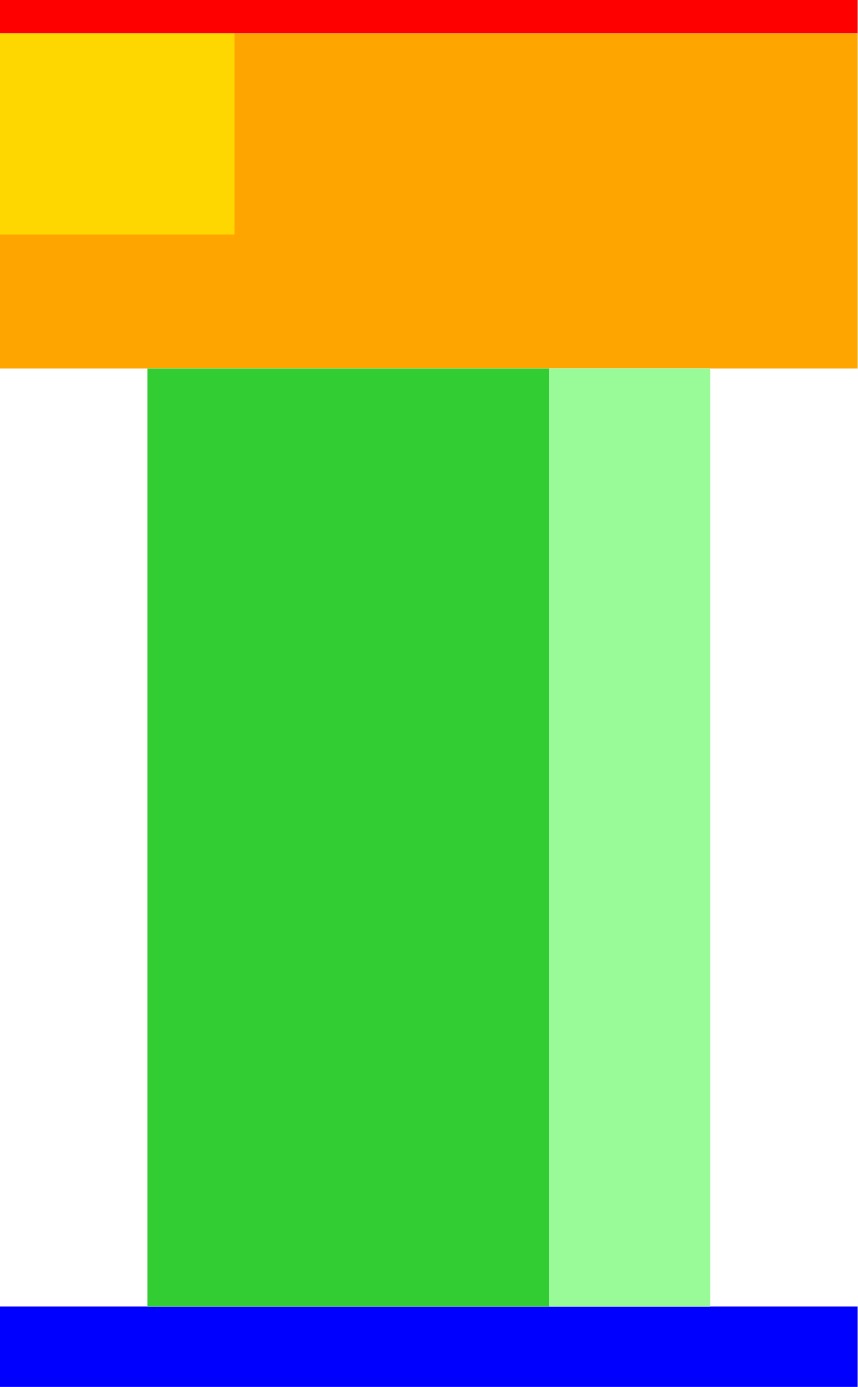
Repository: yuuyatada/API_sample_app
Page: htmlCP4/CP4index.html
The author's editor kept a record of every edit. The page is drawn from the files as they stood at one moment, then again after the next edit.
The browser window is 1280 px wide. The pictures show the whole page, at 67% of full size.

Above is the page before.

### htmlCP4/CP4index.html
<!DOCTYPE html>
<html lang="ja">
  <head>
    <meta charset="UTF-8" />
    <!-- CSSファイルの読み込み -->
    <link rel="stylesheet" href="CP4style.css" />
    <title>演習問題CP4</title>
  </head>
  <body>

  <!--header用のdiv-->
  <div class="header">

   <div class="header-top"></div>
   <div class="header-bottom"></div>

  </div>
  <!--main-visual用のdiv-->
  <div class="main-visual">

   <div class="main-visual-content"></div>

  </div>

<!--main用のdiv-->

<div class="main">

    <div class="blog"></div>

    <div class="sidebar"></div>

</div>

<!--footer用のdiv-->
<div class="footer"></div>

  </body>
</html>

### htmlCP4/CP4style.css
/* ブラウザがそれぞれ持っているCSSをリセットするための記述 */
* {
  margin: 0;
  padding: 0;
  box-sizing: border-box;
}

.header{
    width:100%;
    height:50px;
    background-color:red;
}


.main-visual{
    width:100%;
    height:500px;
    background-color:orange;
}
.main-visual-content{
    width:350px;/*横幅350px*/
    height:300px;/*親の高さに統一*/
    background-color:gold;/*背景色gold*/
}

.main{
    width: 840px;/*横幅840px*/
    display: flex;/* Flexboxの利用 */
    justify-content:center;/*子要素の横並び・中央寄せ*/
    margin: 0  auto ; /*中央寄せ（左右に余白がないとできない）*/
}

.blog{
    width: 600px;/*横幅600px*/
    height: 1400px;/*高さ1400px*/
    background-color: limegreen;/*背景色にlimegreen*/

}
.sidebar{
    width: 240px;/*横幅240px*/
    height: 1400px;/*高さ1400px*/
    background-color: palegreen;/*背景色にpalegreen*/
}
.footer{
    width:100%;/*横幅いっぱい*/
    height:120px;/*高さ120px*/
    background-color: blue;/*背景色blue*/

}

After the next edit:
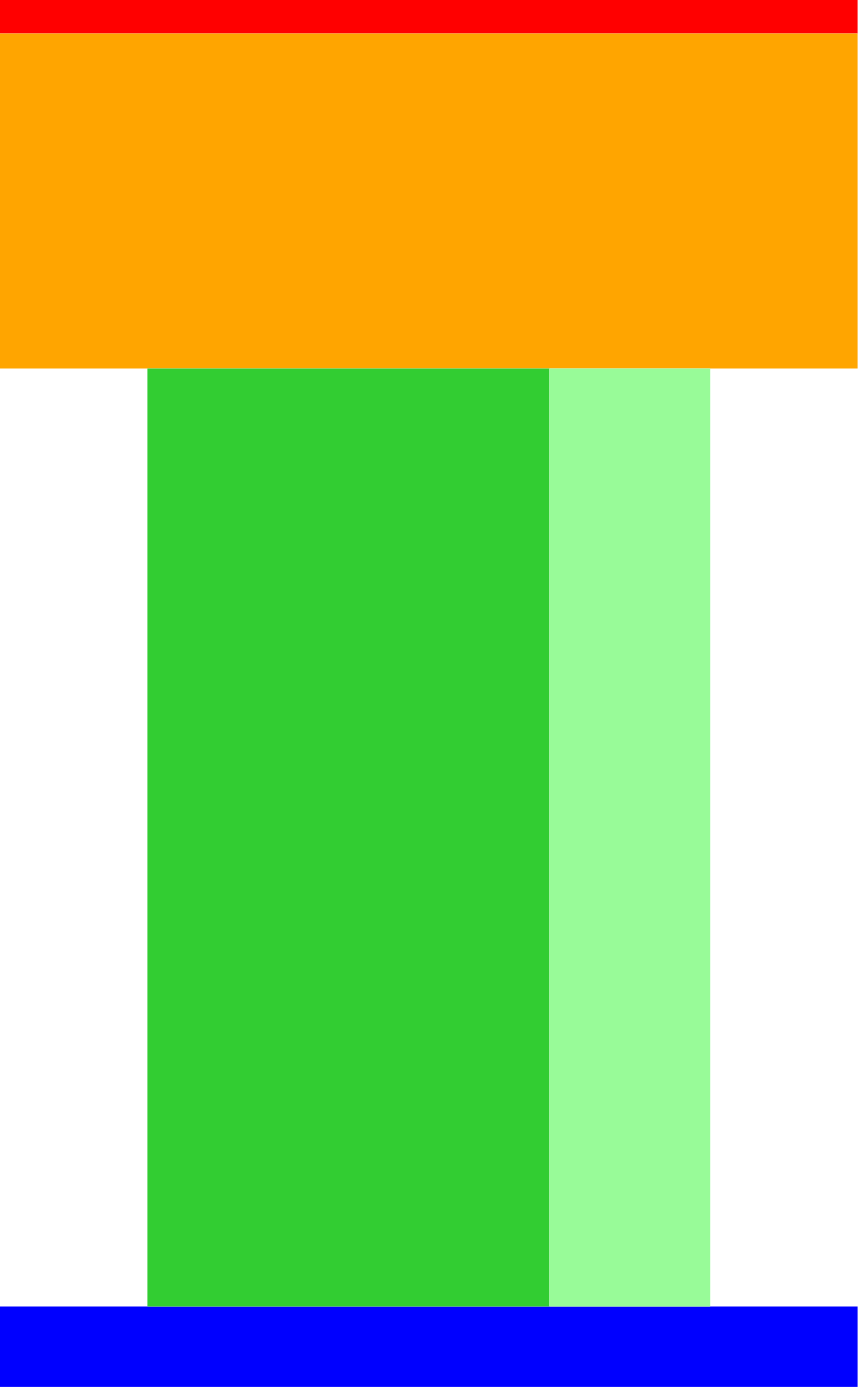
The edit:
--- a/htmlCP4/CP4style.css
+++ b/htmlCP4/CP4style.css
@@ -16,11 +16,6 @@
     width:100%;
     height:500px;
     background-color:orange;
-}
-.main-visual-content{
-    width:350px;/*横幅350px*/
-    height:300px;/*親の高さに統一*/
-    background-color:gold;/*背景色gold*/
 }
 
 .main{
